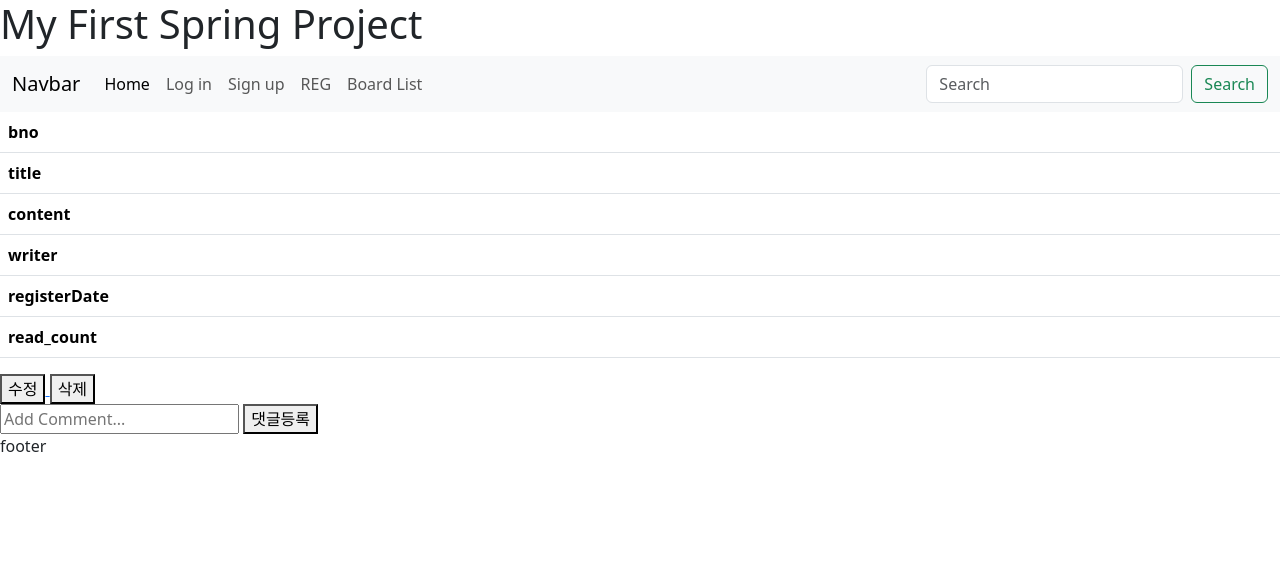
Repository: dfhdfhdfsza/springtest
Page: http://localhost/spring-Test/WEB-INF/views/board/detail.jsp
These files come from the project's save history. The page is drawn as it stood at one moment and after the next save; the edit follows.
The browser window is 1280 px wide. The pictures show the whole page.
The page is served by Tomcat 9. Nobody is signed in. The template is opened directly, without the code that normally fills it, so the values that code supplies are empty.

Above is the page before, as saved 2023-10-10 11:39:18.

After the next save:
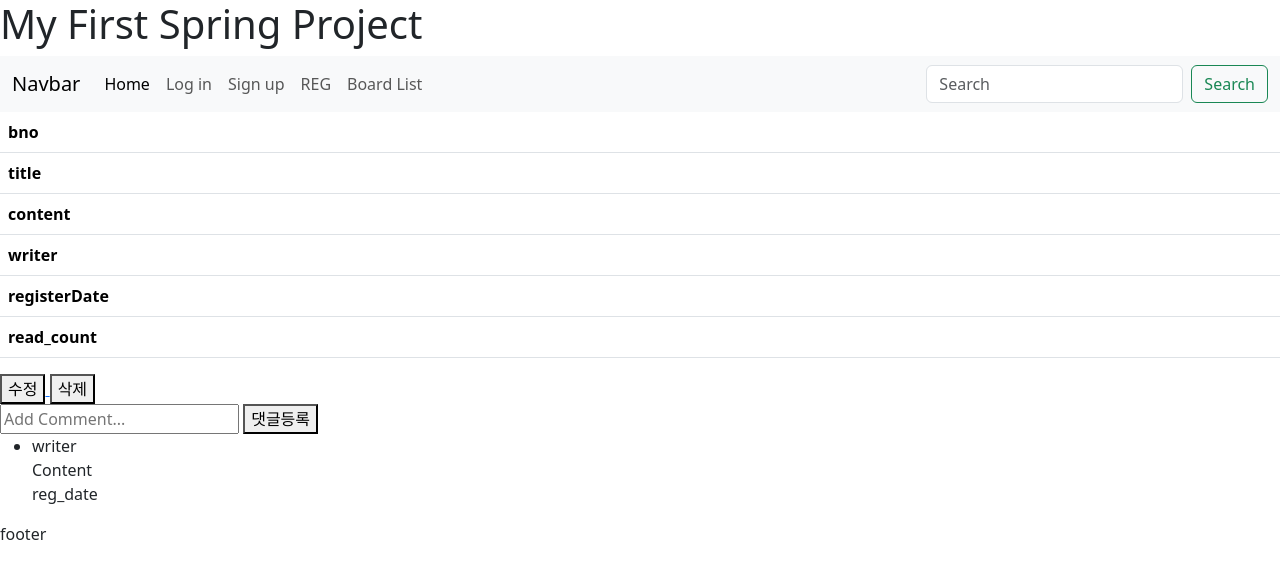
Saved 41 s later.
--- a/spring-Test/src/main/webapp/WEB-INF/views/board/detail.jsp
+++ b/spring-Test/src/main/webapp/WEB-INF/views/board/detail.jsp
@@ -51,6 +51,15 @@
 		</div>
 		<!-- 댓글 표시 라인 -->
 		<div>
+			<ul id="cmtListArea">
+				<li>
+					<div>
+						<div>writer</div>
+						Content
+					</div>
+					<span>reg_date</span>
+				</li>
+			</ul>
 
 		</div>
 	</div>
